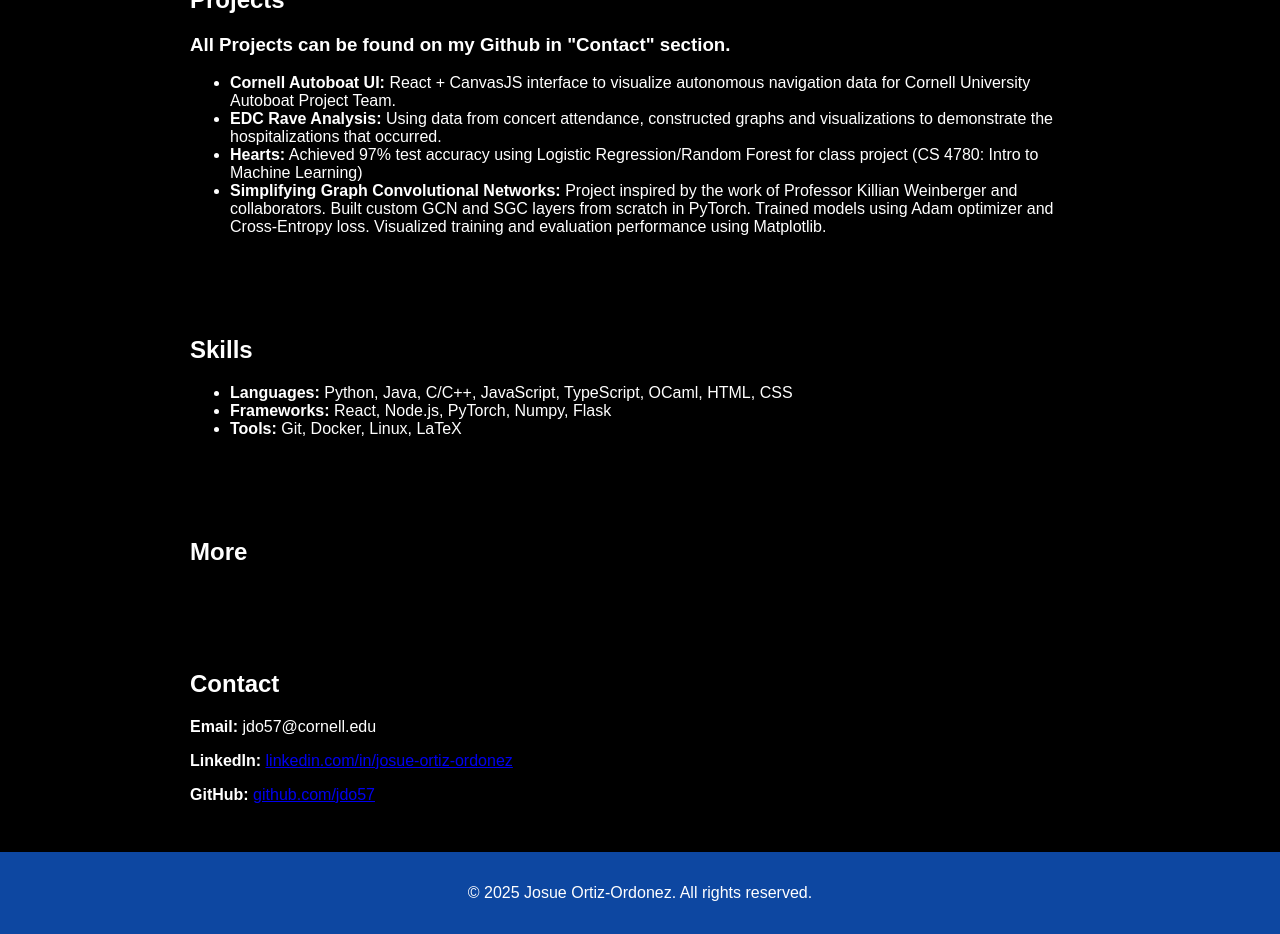
Repository: jdo57/Website
Page: index.html
The author's editor kept a copy of each file at every save. The page is drawn from the files as they stood at one save, then again after the next save.
The browser window is 1280 px wide. The pictures show the part of the page from y = 1327 to 2279 px (the page is 2261 px tall before and 2279 px after).
A picture or video elsewhere on the page could not be fetched, so the positions and the page height are approximate.

Above is the page before, as saved 2025-05-26 21:49:23.

### index.html
<!DOCTYPE html>
<html lang="en">
<head>
  <meta charset="UTF-8" />
  <meta name="viewport" content="width=device-width, initial-scale=1.0" />
  <title>Josue Ortiz-Ordonez | Portfolio</title>
  <style>
    :root {
      --primary-color: #0d47a1;
      --background-color: #000000;
      --text-color: #ffffff;
      --accent-color: #1976d2;
    }

    body {
      margin: 0;
      font-family: Arial, sans-serif;
      background-color: var(--background-color);
      color: var(--text-color);
    }

    header {
      background-color: var(--primary-color);
      padding: 2rem;
      text-align: center;
    }

    header h1 {
      margin: 0;
      font-size: 2.5rem;
    }

    nav {
      display: flex;
      justify-content: center;
      background-color: var(--accent-color);
      padding: 0.5rem;
    }

    nav a {
      margin: 0 1rem;
      color: white;
      text-decoration: none;
      font-weight: bold;
    }

    nav a:hover {
      text-decoration: underline;
    }

    section {
      padding: 2rem;
      max-width: 900px;
      margin: auto;
    }

    footer {
      background-color: var(--primary-color);
      color: white;
      text-align: center;
      padding: 1rem;
      position: relative;
    }

  </style>
</head>
<body>
  <header>
    <h1>Josue Ortiz-Ordonez</h1>
    <p>Software/Machine Learning Engineer</p>
  </header>

  <nav>
    <a href="#about">About</a>
    <a href="#projects">Projects</a>
    <a href="#skills">Skills</a>
    <a href="#contact">Contact</a>
    <a href="#more">More</a>
  </nav>

  <section id="about" style="display: flex; flex-wrap: wrap; gap: 2rem; align-items: center; justify-content: center; padding: 3rem 1rem; background-color: #000;">
    <!-- Profile Image + Icons -->
    <div style="text-align: center;">
      <img src="./images/me.jpeg" alt="Josue Ortiz-Ordonez" style="width: 200px; border-radius: 50%; border: 3px solid #1976d2;" />
      <div style="margin-top: 1rem;">
        <a href="mailto:jdo57@cornell.edu" target="_blank" style="margin: 0 10px;">
          <img src="https://img.icons8.com/ios-filled/30/ffffff/new-post.png" alt="Email"/>
        </a>
        <a href="https://www.linkedin.com/in/josue-ortiz-ordonez" target="_blank" style="margin: 0 10px;">
          <img src="https://img.icons8.com/ios-filled/30/ffffff/linkedin.png" alt="LinkedIn"/>
        </a>
        <a href="https://github.com/jdo57" target="_blank" style="margin: 0 10px;">
          <img src="https://img.icons8.com/ios-filled/30/ffffff/github.png" alt="GitHub"/>
        </a>
      </div>
    </div>

    <!-- About Text -->
    <div style="max-width: 500px;">
      <h2>About Me</h2>
      <p>
        My name is Josue Ortiz-Ordonez and I am currently a student at Cornell University within
        the College of Engineering. I am a computer science major with potential minors in operations
        research in engineering (ORIE) and Latino Studies!
      </p>
    </div>
  </section>


  <section id="projects">
    <h2>Projects</h2>
    <h3> All Projects can be found on my Github in "Contact" section. </h3>
    <ul>
      <li><strong>Cornell Autoboat UI:</strong> React + CanvasJS interface to visualize autonomous navigation data for Cornell University Autoboat Project Team.</li>
      <li><strong>EDC Rave Analysis:</strong>  Using data from concert attendance, constructed graphs and visualizations to demonstrate the hospitalizations that occurred.</li>
      <li><strong>Hearts:</strong> Achieved 97% test accuracy using Logistic Regression/Random Forest for
      class project (CS 4780: Intro to Machine Learning)</li>
      <li> <strong> Simplifying Graph Convolutional Networks:</strong>
        Project inspired by the work of Professor Killian Weinberger and collaborators.
        Built custom GCN and SGC layers from scratch in PyTorch. Trained models using Adam optimizer and Cross-Entropy loss.
        Visualized training and evaluation performance using Matplotlib.
      </li>

    </ul>
  </section>

  <section id="skills">
    <h2>Skills</h2>
    <ul>
      <li><strong> Languages:</strong> Python, Java, C/C++, JavaScript, TypeScript, OCaml, HTML, CSS </li>
      <li><strong>Frameworks:</strong> React, Node.js, PyTorch, Numpy, Flask</li>
      <li><strong>Tools:</strong> Git, Docker, Linux, LaTeX</li>
    </ul>
  </section>

  <section id ="more">
    <h2> More</h2>

  </section>

  <section id="contact">
    <h2>Contact</h2>
    <p><strong> Email:</strong> jdo57@cornell.edu</p>
    <p><strong> LinkedIn:</strong> <a href="https://www.linkedin.com/in/josue-ortiz-ordonez/" target="_blank">linkedin.com/in/josue-ortiz-ordonez</a></p>
    <p><strong>GitHub:</strong> <a href="https://github.com/jdo57" target="_blank">github.com/jdo57</a></p>
  </section>


  <footer>
    <p>&copy; 2025 Josue Ortiz-Ordonez. All rights reserved.</p>
  </footer>
</body>
</html>

After the next save:
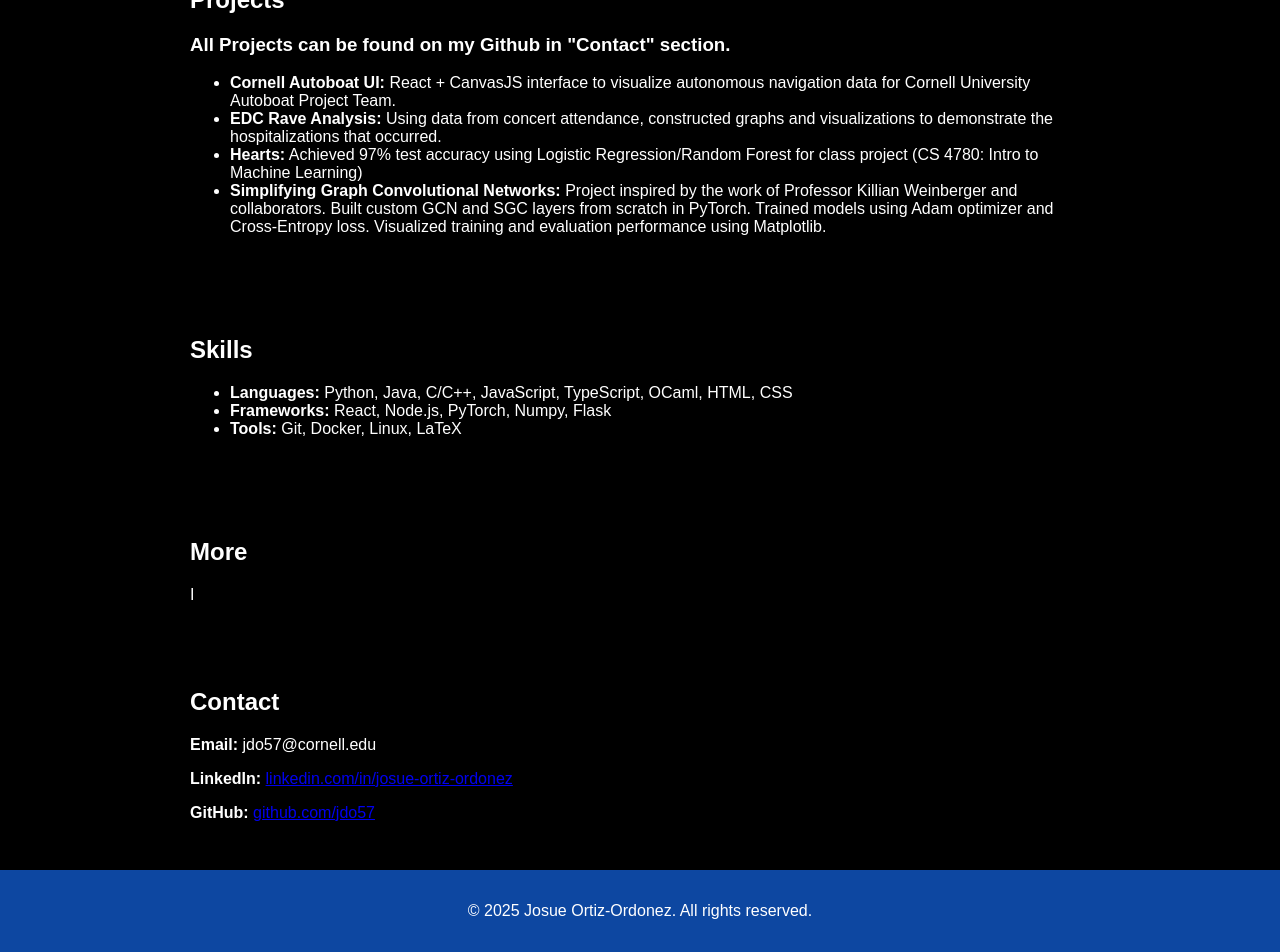
Saved 103 s later.
--- a/index.html
+++ b/index.html
@@ -136,6 +136,8 @@
   <section id ="more">
     <h2> More</h2>
 
+    I
+
   </section>
 
   <section id="contact">
